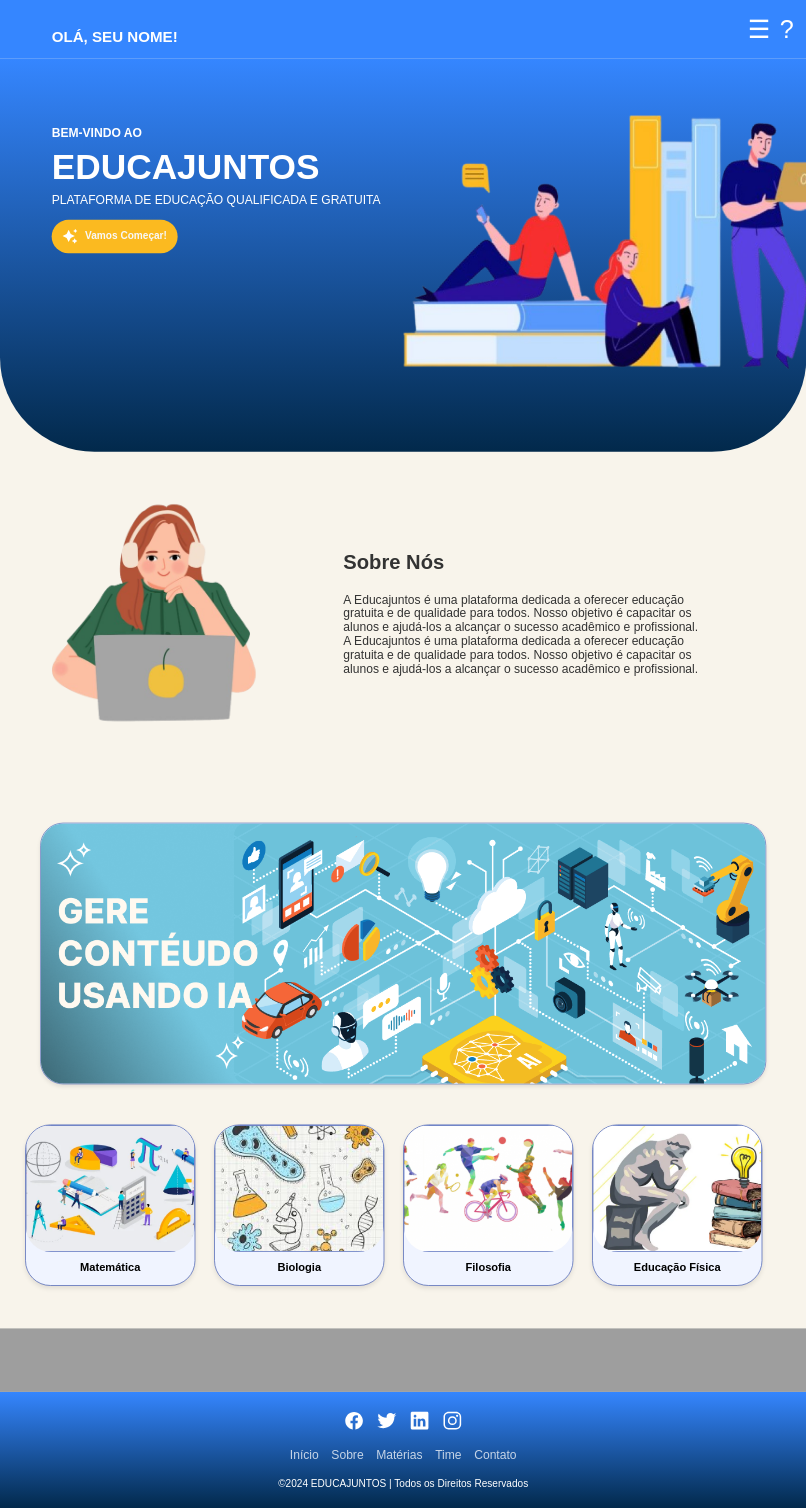
Repository: Matheus904-12/EDUCAJUNTOS
Page: inicio/index.html
The author's editor kept a copy of each file at every save. The page is drawn from the files as they stood at one save, then again after the next save.
The browser window is 1280 px wide. The pictures show the whole page, at 63% of full size.
Pictures or frames that could not be fetched are drawn as grey boxes.

Above is the page before, as saved 2024-10-28 21:12:05.

After the next save:
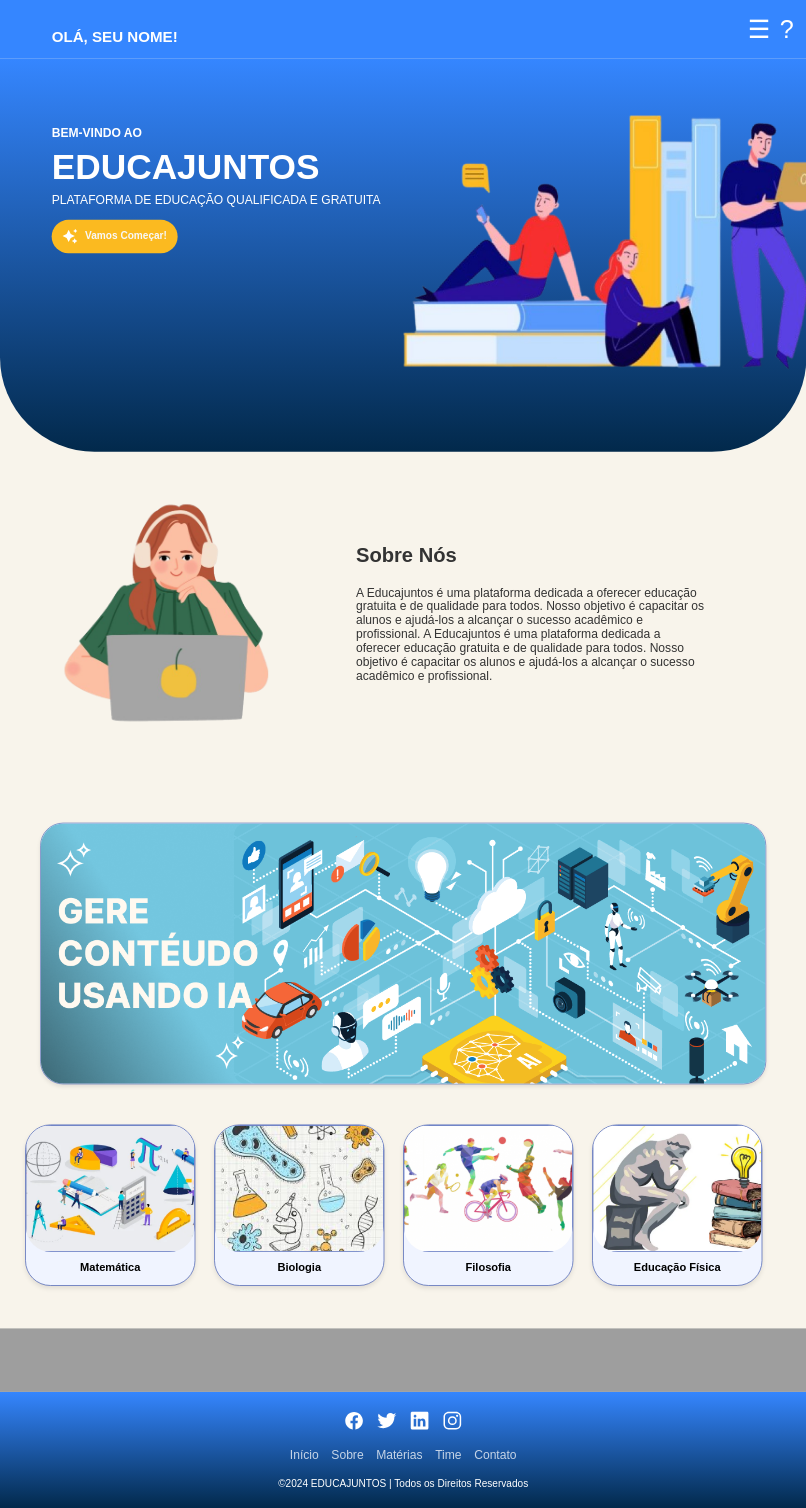
Saved 7 s later.
--- a/inicio/style.css
+++ b/inicio/style.css
@@ -318,7 +318,7 @@ nav {
 .about-image {
     width: 350px;
     border-radius: 10px;
-    margin-left: 15px;
+    margin-left: 35px;
 }
 
 .about-text h2 {
